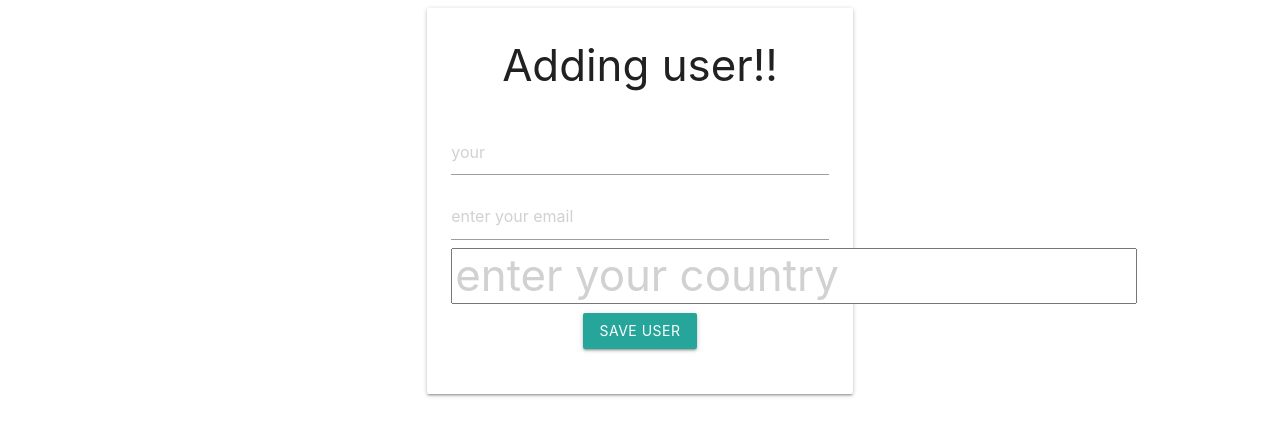
Repository: mubashirkhan1/Corejsvs__Programs
Page: basicprogram/TestWeb/WebContent/crud1.html
An editor plug-in stored every save of this project. The page is shown before and after the next save, followed by the edit.
The browser window is 1280 px wide. The pictures show the whole page.

Above is the page before, as saved 2021-03-11 00:22:26.

### basicprogram/TestWeb/WebContent/crud1.html
<!DOCTYPE html>
<html>
<head>
<meta charset="ISO-8859-1">
<title>Insert title here</title>
</head>
<body>



    <!-- Compiled and minified CSS -->
    <link rel="stylesheet" href="https://cdnjs.cloudflare.com/ajax/libs/materialize/1.0.0/css/materialize.min.css">

    <!-- Compiled and minified JavaScript -->
    <script src="https://cdnjs.cloudflare.com/ajax/libs/materialize/1.0.0/js/materialize.min.js"></script>

</head>
<body>
<div class="container">
	<div class="row">
		<div class="col m6  offset-m3">

		 <div class="card">

		<div class="card-content">
		<h3 style="margin-top:10px;" class ="center">Adding user!!<h3>
		<div class="form center-align">
			<form action=>
				<input type="text" name="username" placeholder=your>
					<input type="text" name="email" placeholder="enter your email">
					<input type="country" name="useremail" placeholder="enter your country">
						<button type="submit"  class="btn" > save user</button>
					</form>

</body>
</html>

After the next save:
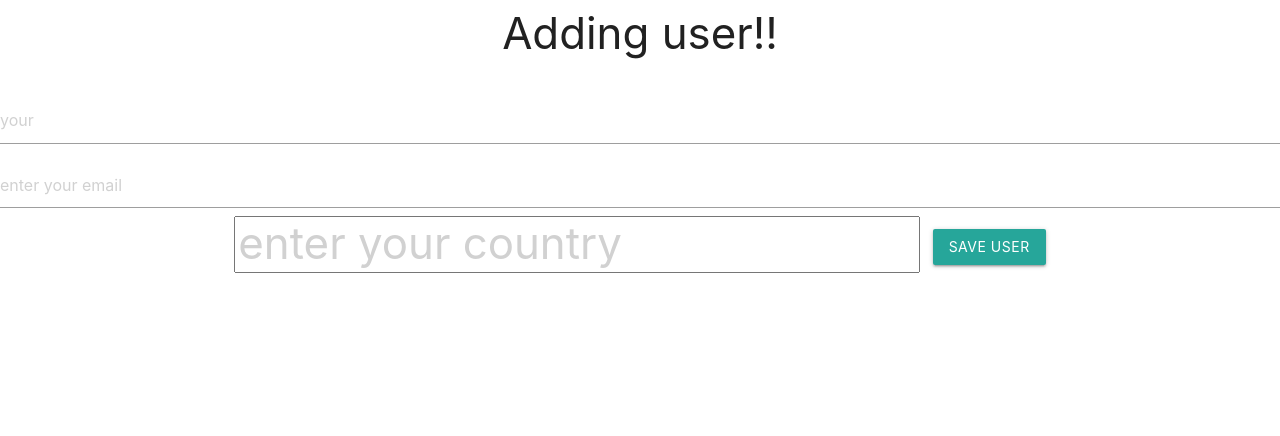
Saved 2 min 12 s later.
--- a/basicprogram/TestWeb/WebContent/crud1.html
+++ b/basicprogram/TestWeb/WebContent/crud1.html
@@ -16,13 +16,7 @@
 
 </head>
 <body>
-<div class="container">
-	<div class="row">
-		<div class="col m6  offset-m3">
 
-		 <div class="card">
-
-		<div class="card-content">
 		<h3 style="margin-top:10px;" class ="center">Adding user!!<h3>
 		<div class="form center-align">
 			<form action=>
